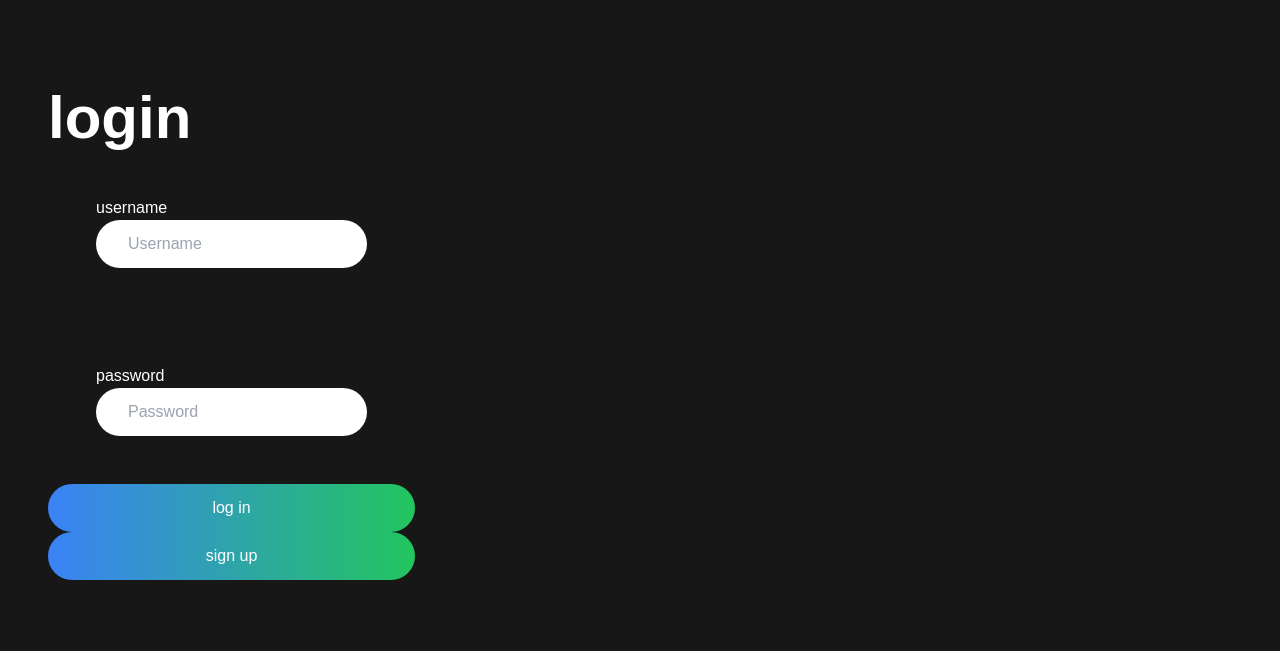
Repository: oxniw/usingmoney
Page: /
The author's editor kept a copy of each file at every save. The page is drawn from the files as they stood at one save, then again after a run of saves.
The browser window is 1280 px wide. The pictures show the whole page.
The project was rebuilt for these pictures with package versions that can differ from the ones it lists, and the page was loaded fresh each time. The framework's server and built-in components were replaced by stand-ins that run in the browser. Also part of the build but not shown: next.config.ts. Imported but missing from the stored project, and not drawn on this page: components/ui/wavy-background.

Above is the page before, as saved 2025-04-30 13:19:20.

### src/app/page.tsx
import Image from "next/image";
import Background from "./components/background";
export default function Home() {
  return (
    <Background />
  );
}

### src/app/components/background.jsx
"use client";

import React, { useEffect, useState } from 'react';
import { useRouter } from 'next/navigation';
import { WavyBackground } from "../../../components/ui/wavy-background";
import './animations.css'; // Import the animations CSS file
import axios from 'axios';
function Background() {
  const [username, setUsername] = useState("");
  const [password, setPassword] = useState("");
  const [error, setError] = useState(null);
  const router = useRouter();
  const goTosignin = () => {
    router.push("/signin");
  }
  const send = async () =>{
    console.log(username, password)

      const res = await axios.post("https://backen-swart.vercel.app/api/login", {username: username, password: password})
      return res.data

  }
  const goToAbout = () => {
    if ((username && password !== "") && (username && password !== null)) {
    send().then((data) => {

          console.log(data.message);
          if (data.message === "ok") {
            localStorage.setItem("username", username);
            localStorage.setItem("password", password);
            router.push("/about");
          } else {
            console.log(data.why)
            setError(data.why)
          }


    })}
  };

  useEffect(() => {
    if(localStorage.getItem("username") !== null && localStorage.getItem("password") !== null){
      router.push("/about");
    }
  }, []);

  return (

    <div className="relative h-screen">
      <div className="absolute">

        <div className="grid relative max-w-7xl max-h-7xl-lg rounded-2xl">

          <div className="relative w-full max-w-2xl bg-gradient-to-r text-white p-12 rounded-3xl-lg fade-in top-10">
            <h1 className="text-white text-4xl md:text-6xl font-bold fade-in">login</h1>
            <div className="relative w-full max-w-2xl bg-gradient-to-r text-white p-12 rounded-3xl-lg fade-in">
              <p className="relative z-10">username</p>
              <input
              onChange={(e) => setUsername(e.target.value)}
                className="relative z-10 w-full px-8 py-3 max-w-2xl rounded-3xl text-gray-700 bg-white focus:outline-none focus:ring-2 focus:ring-indigo-500"
                type="text"
                placeholder="Username"
              />
            </div>
            <div className="relative w-full max-w-2xl bg-gradient-to-r text-white p-12 rounded-3xl-lg fade-in">
              <p className="relative z-10">password</p>
              <input
              onChange={(e) => setPassword(e.target.value)}
                className="relative z-10 w-full max-w-2xl px-8 py-3 rounded-3xl text-gray-700 bg-white focus:outline-none focus:ring-2 focus:ring-indigo-500"
                type="password"
                placeholder="Password"
              />
            </div>

            <button
              onClick={goToAbout}
              className="relative z-10 w-full max-w-3xl py-3 rounded-3xl text-white bg-gradient-to-r from-blue-500 to-green-500 hover:from-blue-700 hover:to-green-700 focus:outline-none focus:ring-2 focus:ring-indigo-500">
              log in
            </button>
            <button
            onClick={goTosignin}
            className="relative z-10 w-full p-8 max-w-3xl py-3 rounded-3xl text-white bg-gradient-to-r from-blue-500 to-green-500 hover:from-blue-700 hover:to-green-700 focus:outline-none focus:ring-2 focus:ring-indigo-500">sign up</button>
          </div>
        </div>

      </div>
      <div className="fixed bottom-0 w-full px-4 py-3 text-white bg-black-200 shadow-sm">
          {error && <p>{error}</p>}
        </div>
    </div>

  );
}

export default Background;

### src/app/components/animations.css
@keyframes fadeIn {
    from {
      opacity: 0;
      transform: translateY(-20px);
    }
    to {
      opacity: 1;
      transform: translateY(0);
    }
  }
@keyframes faden {
    from {
      opacity: 0;
    }
    to {
      opacity: 1;
    }
  }
  .fade-in {
    animation: fadeIn 1s ease-out forwards;
  }
  .fade-n {
    animation: faden 1s ease-out forwards;
  }

Loaded but not shown: src/app/layout.tsx (common file); src/app/globals.css (common file); tailwind.config.ts (common file)

After the next 2 saves:
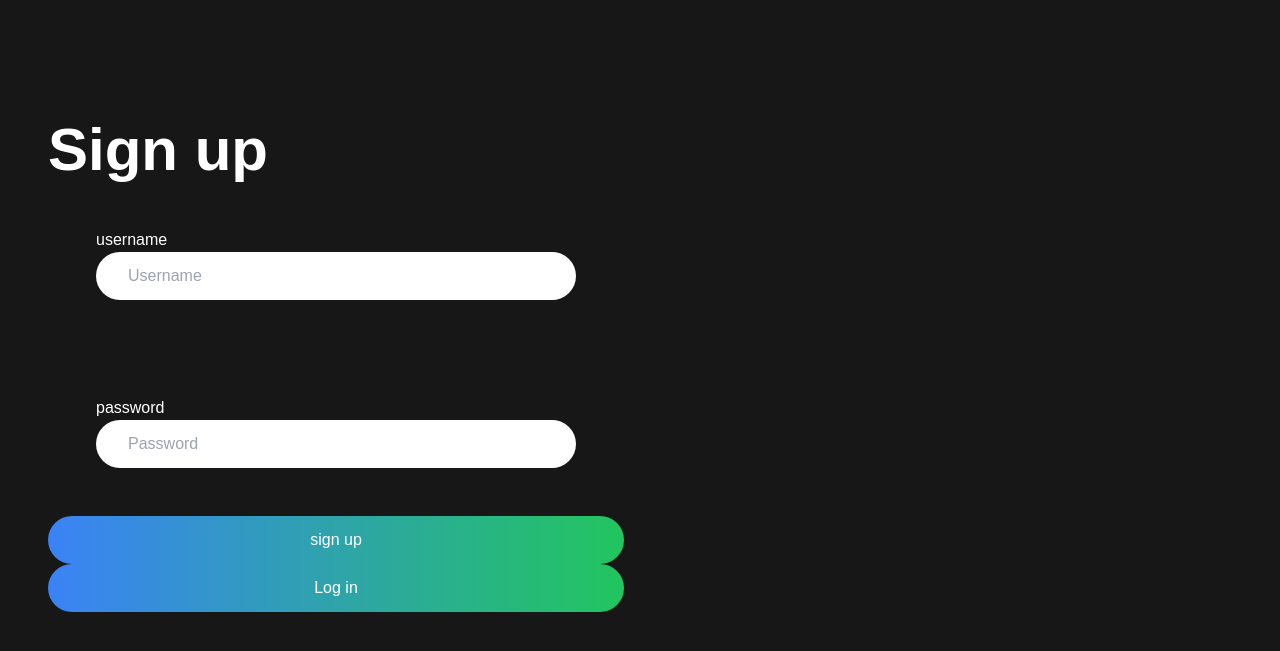
The 2 saves are shown as one change because 1 did not build or start.
The last was saved 3 min 36 s later.
--- a/src/app/components/background.jsx
+++ b/src/app/components/background.jsx
@@ -46,13 +46,10 @@ function Background() {
 
   return (
 
-    <div className="relative h-screen">
-      <div className="absolute">
-
-        <div className="grid relative max-w-7xl max-h-7xl-lg rounded-2xl">
-
-          <div className="relative w-full max-w-2xl bg-gradient-to-r text-white p-12 rounded-3xl-lg fade-in top-10">
-            <h1 className="text-white text-4xl md:text-6xl font-bold fade-in">login</h1>
+    <div className="relative h-screen overflow-y-scroll overflow-hidden">
+      <div className="grid relative max-w-7xl max-h-7xl-lg rounded-2xl">
+          <div className="relative mt-8 w-full max-w-2xl bg-gradient-to-r text-white p-12 rounded-3xl-lg fade-in top-10">
+            <h1 className="text-white text-4xl md:text-6xl font-bold fade-in">Sign up</h1>
             <div className="relative w-full max-w-2xl bg-gradient-to-r text-white p-12 rounded-3xl-lg fade-in">
               <p className="relative z-10">username</p>
               <input
@@ -71,22 +68,21 @@ function Background() {
                 placeholder="Password"
               />
             </div>
-
             <button
               onClick={goToAbout}
               className="relative z-10 w-full max-w-3xl py-3 rounded-3xl text-white bg-gradient-to-r from-blue-500 to-green-500 hover:from-blue-700 hover:to-green-700 focus:outline-none focus:ring-2 focus:ring-indigo-500">
-              log in
+              sign up
             </button>
             <button
             onClick={goTosignin}
-            className="relative z-10 w-full p-8 max-w-3xl py-3 rounded-3xl text-white bg-gradient-to-r from-blue-500 to-green-500 hover:from-blue-700 hover:to-green-700 focus:outline-none focus:ring-2 focus:ring-indigo-500">sign up</button>
+            className="relative z-10 w-full p-8 max-w-3xl py-3 rounded-3xl text-white bg-gradient-to-r from-blue-500 to-green-500 hover:from-blue-700 hover:to-green-700 focus:outline-none focus:ring-2 focus:ring-indigo-500">Log in</button>
+
           </div>
+
+
         </div>
 
-      </div>
-      <div className="fixed bottom-0 w-full px-4 py-3 text-white bg-black-200 shadow-sm">
-          {error && <p>{error}</p>}
-        </div>
+
     </div>
 
   );
